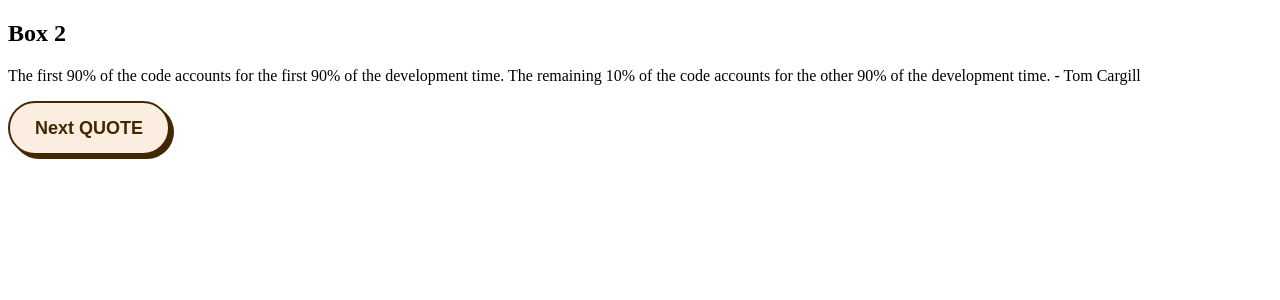
Repository: JasonMorta/programingQuotes-chromeExtension
Page: popup.html
The author's editor kept a copy of each file at every save. The page is drawn from the files as they stood at one save, then again after the next save.
The browser window is 1280 px wide. The pictures show the whole page.

Above is the page before, as saved 2023-05-07 13:20:23.

### popup.html
<!DOCTYPE html>
<html lang="en">

<head>
   <meta charset="UTF-8">

   <meta http-equiv="X-UA-Compatible" content="IE=edge">
   <link rel="stylesheet" href="./buttonStyle.css">
    <script src="./quitesArray.js"></script>

   <meta name="viewport" content="width=device-width, initial-scale=1.0">
   <title>Document</title>

</head>


<body>


 <section class="gee_chat_container">
    <div class="box-container-inner">
      <h1>Box 2</h1>
      <p  class="para"></p>
      <button class="button-74 getQuote" role="button">Next QUOTE</button>
    </div>
  </section>





 <script src="./content.js"></script>
</body>

</html>

### buttonStyle.css

.button-74 {
  background-color: #fbeee0;
  border: 2px solid #422800;
  border-radius: 30px;
  box-shadow: #422800 4px 4px 0 0;
  color: #422800;
  cursor: pointer;
  display: inline-block;
  font-weight: 600;
  font-size: 18px;
  padding: 0 18px;
  line-height: 50px;
  text-align: center;
  text-decoration: none;
  user-select: none;
  -webkit-user-select: none;
  touch-action: manipulation;
}

.button-74:hover {
  background-color: #fff;
}

.button-74:active {
  box-shadow: #422800 2px 2px 0 0;
  transform: translate(2px, 2px);
}

@media (min-width: 768px) {
  .button-74 {
    min-width: 120px;
    padding: 0 25px;
  }
}

### quitesArray.js
const motivationalQuotes = [
    "The most disastrous thing that you can ever learn is your first programming language. - Alan Kay",
    "You are not a computer programmer, you are a problem solver. - Anonymous",
    "First, solve the problem. Then, write the code. - John Johnson",
    "Code is like humor. When you have to explain it, it’s bad. - Cory House",
    "The sooner you start to code, the longer the program will take. - Roy Carlson",
    "You might not think that programmers are artists, but programming is an extremely creative profession. - John Romero",
    "Programmers are constantly making things more complicated than they need to be because future-proofing is impossible. - Edsger W. Dijkstra",
    "One of the best programming skills you can have is knowing when to walk away for a while. - Oscar Godson",
    "The best code is the code never written. - Anonymous",
    "If you don’t understand how to run an operating system, you shouldn’t be a programmer. - Richard Stallman",
    "It's not at all important to get it right the first time. It's vitally important to get it right the last time. - Andrew Hunt and David Thomas",
    "The goal of a programmer is to simplify the complexity of a problem. - Anonymous",
    "Coding is not just code, that is a live thing to share your life with. - Anonymous",
    "The only way to do great work is to love what you do. - Steve Jobs",
    "Sometimes the best way to learn is to just dive in. - Jon Bonne",
    "The code you write makes you a programmer. The code you delete makes you a good one. - Mario Fusco",
    "Programs must be written for people to read, and only incidentally for machines to execute. - Harold Abelson and Gerald Jay Sussman",
    "We build our computer systems the way we build our cities: over time, without a plan, on top of ruins. - Ellen Ullman",
    "Any fool can write code that a computer can understand. Good programmers write code that humans can understand. - Martin Fowler",
    "To be a programmer is to develop a carefully managed relationship with error. - Ellen Ullman",
    "The best way to learn to code is to code. - Anonymous",
    "Don't worry if it doesn't work right. If everything did, you'd be out of a job. - Mosher's Law of Software Engineering",
    "Sometimes it pays to stay in bed on Monday, rather than spending the rest of the week debugging Monday’s code. - Dan Salomon",
    "There's nothing more permanent than a temporary hack. - Kyle Simpson",
    "The only code worth writing is code that makes your life easier. - Kent Beck",
    "It’s not about what you know, it’s about what you can figure out. - Anonymous",
    "Programming can be fun, so can cryptography; however, they should not be combined. - Kreitzberg and Shneiderman",
    "Walking on water and developing software from a specification are easy if both are frozen. - Edward V. Berard",
    "If you want to be a better programmer, write more code. - Anonymous",
    "Java is to JavaScript as car is to carpet. - Chris Heilmann",
    "Controlling complexity is the essence of computer programming. - Brian Kernighan",
    "Good code is short, simple, and symmetrical - the challenge is figuring out how to get there. - Sean Parent",
    "The most important skill for a programmer is to be able to effectively communicate. - Anonymous",
    "Programs are meant to be read by humans and only incidentally for computers to execute. - Harold Abelson",
    "If you think math is hard, try programming. - Anonymous",
    "Before software can be reusable, it first has to be usable. - Ralph Johnson",
    "If debugging is the process of removing software bugs, then programming must be the process of putting them in. - Edsger Dijkstra",
    "The computer was born to solve problems that did not exist before. - Bill Gates",
    "It's not that I'm so smart, it's just that I stay with problems longer. - Albert Einstein",
    "The best error message is the one that never shows up. - Thomas Fuchs",
    "The best code is no code. - Jeff Atwood",
    "There are only two industries that refer to their customers as 'users'. - Edward Tufte",
    "The trouble with programmers is that you can never tell what a programmer is doing until it’s too late. - Seymour Cray",
    "Talk is cheap. Show me the code. - Linus Torvalds",
    "The difference between theory and practice is that in theory, there is no difference between theory and practice. - Richard Moore",
    "If you optimize everything, you will always be unhappy. - Donald Knuth",
    "A program that produces incorrect results twice as fast is infinitely slower. - John Osterhout",
    "You can’t have great software without a great team, and most software teams behave like dysfunctional families. - Jim McCarthy",
    "If at first you don't succeed, try, try, try again. Then quit. There's no point in being a damn fool about it. - W.C. Fields",
    "If you don’t know what to do, call the debugger. - Anonymous",
    "Make it work, make it right, make it fast. - Kent Beck",
    "I'm not a great programmer; I'm just a good programmer with great habits. - Kent Beck",
    "The best way to predict the future is to invent it. - Alan Kay",
    "Measuring programming progress by lines of code is like measuring aircraft building progress by weight. - Bill Gates",
    "Code never lies, comments sometimes do. - Ron Jeffries",
    "Simplicity is the ultimate sophistication. - Leonardo da Vinci",
    "It's not a bug - it's an undocumented feature. - Anonymous",
    "Programs must be written for people to read, and only incidentally for machines to execute. - Harold Abelson",
    "Computers are good at following instructions, but not at reading your mind. - Donald Knuth",
    "Programming is the art of telling a computer what to do through a series of instructions. - Anonymous",
    "To iterate is human, to recurse divine. - L. Peter Deutsch",
    "Good code is its own best documentation. As you’re about to add a comment, ask yourself, ‘How can I improve the code so that this comment isn’t needed?’ - Steve McConnell",
    "A program is never less than 90% complete, and never more than 95% complete. - Terry Baker",
    "A good programmer is someone who always looks both ways before crossing a one-way street. - Doug Linder",
    "Always code as if the guy who ends up maintaining your code will be a violent psychopath who knows where you live. - Martin Golding",
    "If debugging is the process of removing software bugs, then programming must be the process of putting them in. - Edsger Dijkstra",
    "The only way to do great work is to love what you do. If you haven't found it yet, keep looking. Don't settle. - Steve Jobs",
    "You might not think that programmers are artists, but programming is an extremely creative profession. It's logic-based creativity. - John Romero",
    "If you don’t build your dreams, someone else will hire you to build theirs. - Tony Gaskins",
    "Don’t write better error messages, write code that doesn’t need them. - Jason C. McDonald",
    "If you want to be a good programmer, learn to think outside the box. - Antonis Tsagaris",
    "There are only two hard things in Computer Science: cache invalidation and naming things. - Phil Karlton",
    "Simplicity is the soul of efficiency. - Austin Freeman",
    "The best way to get a project done faster is to start sooner. - Jim Highsmith",
    "Experience is the name everyone gives to their mistakes. - Oscar Wilde",
    "Always code as if the person who ends up maintaining your code is a violent psychopath who knows where you live. - John Woods",
    "If at first you don’t succeed; call it version 1.0. - Anonymous",
    "A language that doesn't affect the way you think about programming is not worth knowing. - Alan J. Perlis",
    "Programmers are constantly making things more complicated than they need to be because future-proofing is impossible. - Edsger W. Dijkstra",
    "The best way to predict the future is to invent it. - Alan Kay",
    "Code is like humor. When you have to explain it, it’s bad. - Cory House",
    "Any fool can write code that a computer can understand. Good programmers write code that humans can understand. - Martin Fowler",
    "The most disastrous thing that you can ever learn is your first programming language. - Alan Kay",
    "Programming isn't about what you know; it's about what you can figure out. - Chris Pine",
    "Programs must be written for people to read, and only incidentally for machines to execute. - Harold Abelson and Gerald Jay Sussman",
    "The best code is no code at all. - Jeff Atwood",
    "If you can't explain it simply, you don't understand it well enough. - Albert Einstein",
    "It's not a bug - it's an undocumented feature. - Anonymous",
    "Every great developer you know got there by solving problems they were unqualified to solve until they actually did it. - Patrick McKenzie",
    "The best thing about a boolean is even if you are wrong, you are only off by a bit. - Anonymous",
    "Programmers are not to be measured by their ingenuity and their logic but by the completeness of their case analysis. - Alan Perlis",
    "Debugging is like being the detective in a crime movie where you are also the murderer. - Filipe Fortes",
    "The first 90% of the code accounts for the first 90% of the development time. The remaining 10% of the code accounts for the other 90% of the development time. - Tom Cargill",
    "Code never lies, comments sometimes do. - Ron Jeffries",
    "Coding is not just code, that is a live thing to serve everyone! - Ming Qian",
    "The only way to learn a new programming language is by writing programs in it. - Dennis Ritchie",
    "Software is a great combination of artistry and engineering. - Bill Gates",
    "Code is a journey, not a destination. - Anonymous",
    "There are two ways to write error-free programs; only the third one works. - Alan J. Perlis"
]

### content.js


let quoteBtn = document.querySelector('.getQuote');
let quote = document.querySelector('.para');
quote.innerHTML = motivationalQuotes[Math.floor(Math.random() * motivationalQuotes.length)];
quoteBtn.addEventListener('click', () => {
    let randomQuote = motivationalQuotes[Math.floor(Math.random() * motivationalQuotes.length)];

    quote.innerHTML = randomQuote;
});

### content.css
.gee_chat_container {
    box-shadow: 0 1px 2px 0 rgb(60 64 67 / 30%), 0 2px 6px 2px rgb(60 64 67 / 15%);
    max-width: 550px;
    width: 400px;
    border-radius: 12px;
    margin-top: 0;
    padding: 5px;
    position: relative;
    background-color: #fff;

  }

  .box-container {
      border-color: var(--elevation-border-color);
      box-shadow: 0 1px 2px 0 rgb(60 64 67 / 30%), 0 2px 6px 2px rgb(60 64 67 / 15%);
      max-width: 550px;
      width: 400px;
      border-radius: 12px;
      margin-top: 0;
      padding: 5px;
      position: relative;
      background-color: #fff;
    }

    .box-container-inner {
      padding: 0.75rem;
      border-radius: 8px;
      background-color: #ddebf8;
    }

After the next save:
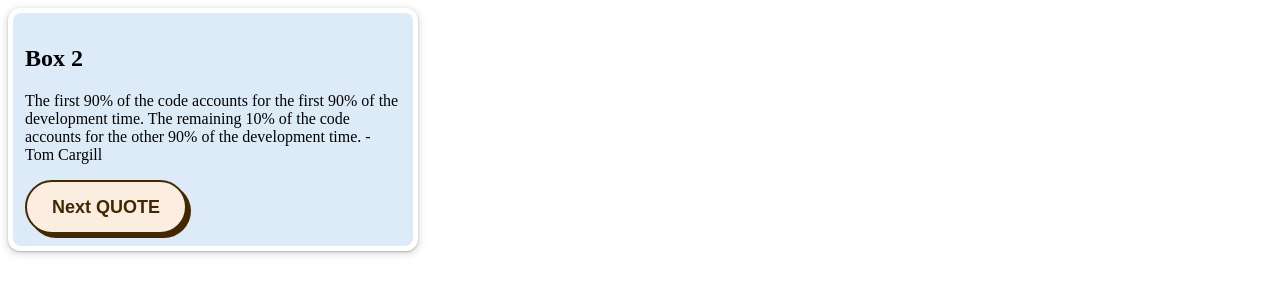
Saved 22 s later.
--- a/popup.html
+++ b/popup.html
@@ -3,7 +3,7 @@
 
 <head>
    <meta charset="UTF-8">
-
+<link rel="stylesheet" href="./content.css">
    <meta http-equiv="X-UA-Compatible" content="IE=edge">
    <link rel="stylesheet" href="./buttonStyle.css">
     <script src="./quitesArray.js"></script>
